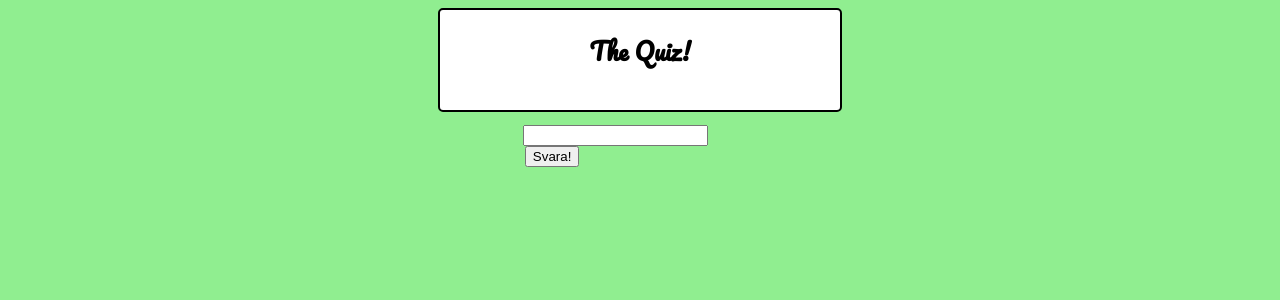
Repository: kn222gp/1dv403-laborationer
Page: 4-thequiz/index.html
The author's editor kept a record of every edit. The page is drawn from the files as they stood at one moment, then again after the next edit.
The browser window is 1280 px wide. The pictures show the whole page.

Above is the page before.

After the next edit:
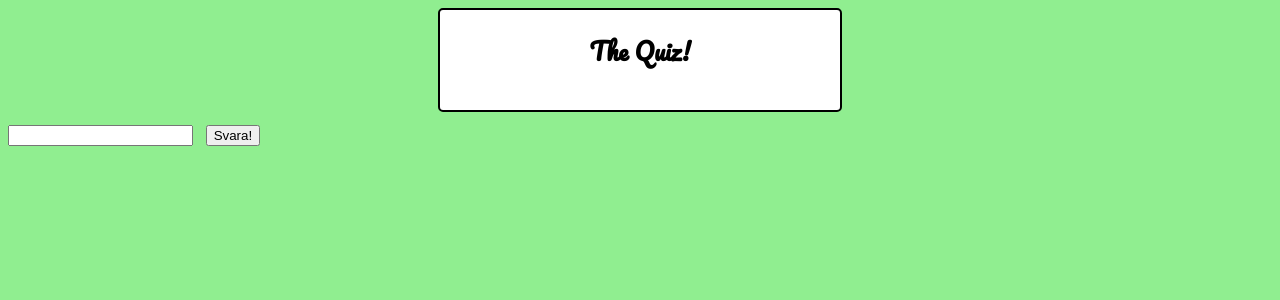
The edit:
--- a/4-thequiz/style.css
+++ b/4-thequiz/style.css
@@ -26,7 +26,7 @@
      font-family: 'Pacifico', cursive;
 }
 
-#secondSec{
+#sndSection{
     width: 235px;
     margin-left:auto;
     margin-right:auto;
